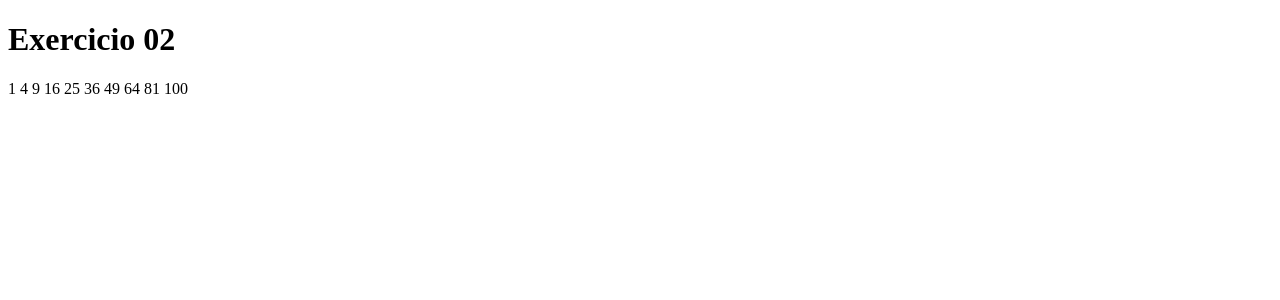
Repository: Fabio2000/Faculdade-Projetos
Page: http://localhost/exercicios/Exe02.jsp
The author's editor kept a copy of each file at every save. The page is drawn from the files as they stood at one save, then again after the next save.
The browser window is 1280 px wide. The pictures show the whole page.
The page is served by Tomcat 9.

Above is the page before, as saved 2022-09-11 03:07:02.

After the next save:
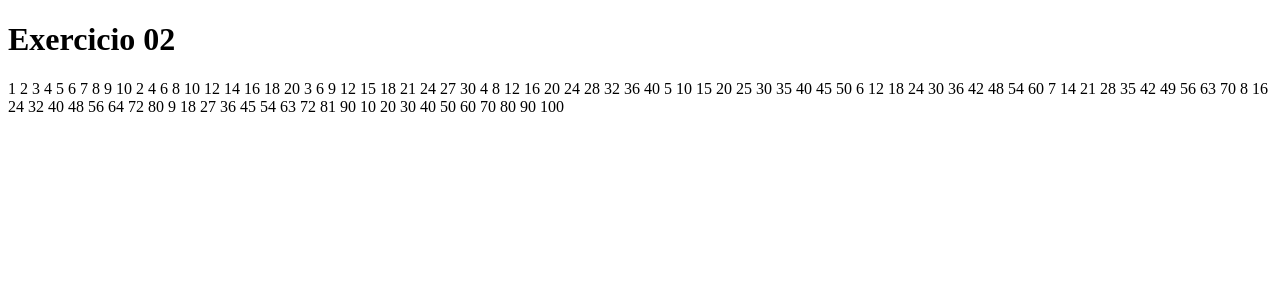
Saved 7 min 7 s later.
--- a/exercicios/src/main/webapp/Exe02.jsp
+++ b/exercicios/src/main/webapp/Exe02.jsp
@@ -10,10 +10,12 @@
 <body>
 	<h1>Exercicio 02</h1>
 	<p><%
-	for(int primeiro = 1; primeiro <=10; primeiro++){
-		int resultado = primeiro * primeiro;
-		out.println(resultado);
-	}
+		for(int i = 1; i <= 10; i++){
+			for(int x = 1; x <=10; x++){
+				int resultado = i * x;
+				out.println(resultado);
+			}
+		}
 	%></p>
 </body>
 </html>
